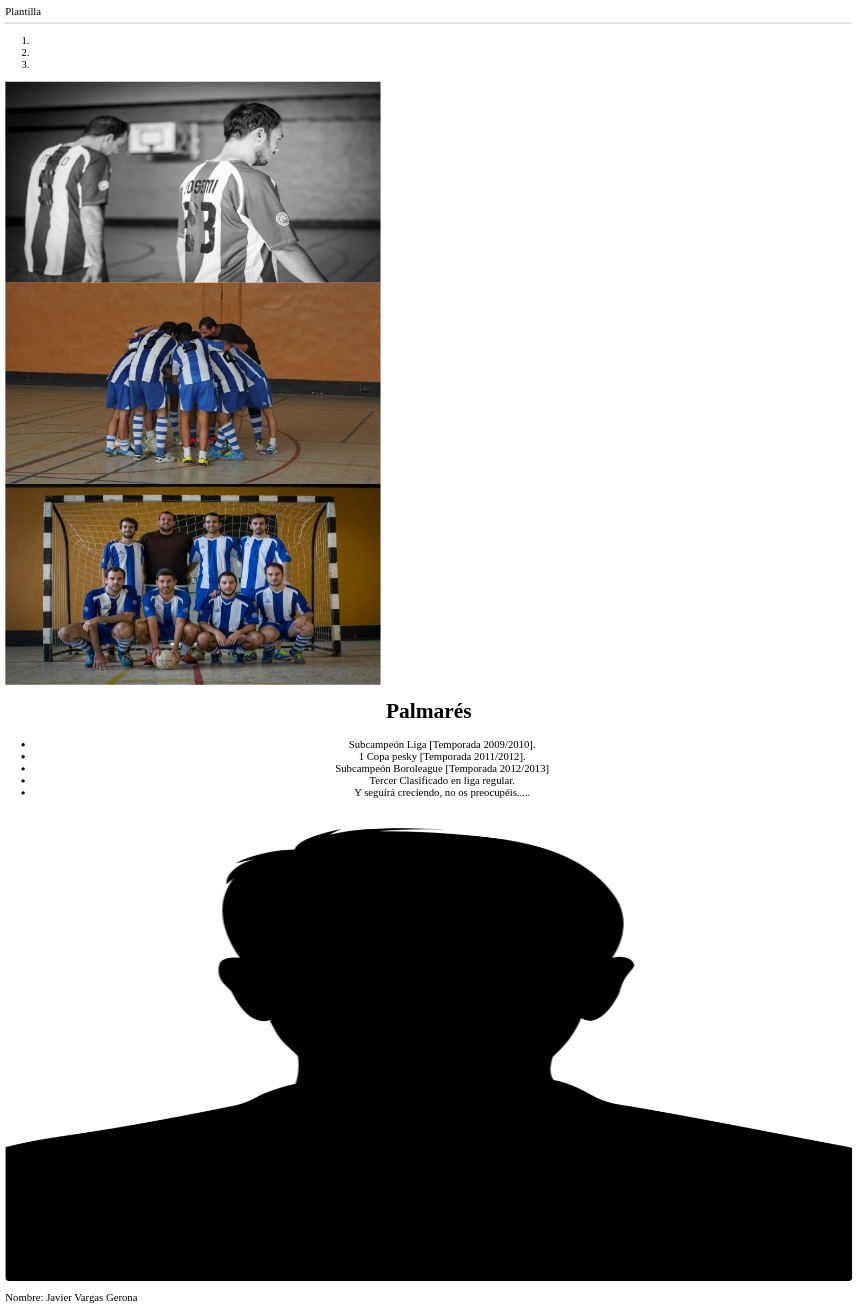
Repository: DiegoGodoy/atletiblue
Page: app/views/plantilla.html
The author's editor kept a record of every edit. The page is drawn from the files as they stood at one moment, then again after the next edit.
The browser window is 1280 px wide. The pictures show the whole page, at 67% of full size.

Above is the page before.

### app/views/plantilla.html


<div ng-controller="PlantillaCtrl" class="container" >
        <div class="row">

            <div class="col-md-12">
                <div class="panel">
                    <div class="panel-body">
                        <span class="titulosPortada">Plantilla</span>
                        <hr class="separadorTitulos">
                         <div id="miCarrusel" class="col-lg-7 col-md-7 col-sm-12 col-xs-12 carousel slide " data-ride="carousel">
                          <!-- indicadores para hacer el ciclo -->
                          <ol class="carousel-indicators">
                            <li data-target="#miCarrusel" data-slide-to="0" class="active"></li>
                            <li data-target="#miCarrusel" data-slide-to="1"></li>
                            <li data-target="#miCarrusel" data-slide-to="2"></li>
                          </ol>

                          <!-- Imágenes del slide -->
                          <div class="carousel-inner" role="listbox">
                            <div class="item active">
                              <img src="images/plantilla.jpg">
                            </div>
                            <div class="item">
                              <img src="images/plantilla2.jpg" >
                            </div>
                            <div class="item">
                              <img src="images/plantilla3.jpg">
                            </div>
                          </div>

                          <!-- botón retrasar y avanzar -->
                         <div class="left carousel-control" href="#miCarrusel"
                           role="button" data-slide="prev">
                            <span class="glyphicon glyphicon-chevron-left" ></span>
                          </div>
                          <div class="right carousel-control" href="#miCarrusel"
                           role="button" data-slide="next">
                            <span class="glyphicon glyphicon-chevron-right"></span>
                          </div>
                        </div>
                        <div class="col-lg-5 col-md-5 col-sm-12 col-xs-12 palmares" style="text-align:center;">
                            <h1>Palmarés</h1>

                            <ul>
                                <li>Subcampeón Liga [Temporada 2009/2010].</li>
                                <li>1 Copa pesky [Temporada 2011/2012].</li>
                                <li>Subcampeón Boroleague [Temporada 2012/2013]</li>
                                <li>Tercer Clasificado en liga regular.</li>
                                <li>Y seguirá creciendo, no os preocupéis.....</li>
                            </ul>
                        </div>
                </div>
            </div>
        </div>


        <div class="row">
                            <!-- Jugador -->
                            <div  ng-repeat="jugador in jugadores">
                                <div class="col-lg-3 col-md-6">
                                    <div class="panel">
                                        <div class="panel-heading">
                                            <div class="row">
                                                    <img alt="" src="images/jugadores/Sinnombre.png" style="width:100%;height:100%; border-radius: 6px;">
                                            </div>
                                        </div>
                                        <div class="panel-footer">
                                            <p class="pull-left">Nombre: Javier Vargas Gerona</p>
                                        </div>
                                    </div>
                                </div>
                            </div>
                            <!--<div class="col-lg-3 col-md-6">
                                <div class="panel">
                                    <div class="panel-heading">
                                        <div class="row">
                                                <img alt="" src="images/jugadores/jaime.jpg" style="width:100%;height:100%; border-radius: 6px;">
                                        </div>
                                    </div>
                                    <a href="#">
                                        <div class="panel-footer">
                                            <span class="pull-left">Nombre: Jaime Sánchez Garcia-Rowe</span><br>
                                        </div>
                                    </a>
                                </div>
                            </div>

                            <div class="col-lg-3 col-md-6">
                                <div class="panel">
                                    <div class="panel-heading">
                                        <div class="row">
                                                <img alt="" src="images/jugadores/josemi.jpg" style="width:100%;height:100%; border-radius: 6px;">
                                        </div>
                                    </div>
                                    <a href="#">
                                        <div class="panel-footer">
                                            <span class="pull-left">Nombre: Jose Miguel Domínguez</span><br>
                                        </div>
                                    </a>
                                </div>
                            </div>

                            <div class="col-lg-3 col-md-6">
                                <div class="panel">
                                    <div class="panel-heading">
                                        <div class="row">
                                                <img alt="" src="images/jugadores/corrales.jpg" style="width:100%;height:100%; border-radius: 6px;">
                                        </div>
                                    </div>
                                    <a href="#">
                                        <div class="panel-footer">
                                            <span class="pull-left">Nombre: Miguel Corrales Pecino</span><br>
                                            <div class="clearfix"></div>
                                        </div>
                                    </a>
                                </div>
                            </div>

                             <div class="col-lg-3 col-md-6">
                                <div class="panel panel-primary">
                                    <div class="panel-heading">
                                        <div class="row">
                                                <img alt="" src="images/jugadores/fran.jpg" style="width:100%;height:100%; border-radius: 6px;">
                                        </div>
                                    </div>
                                    <a href="#">
                                        <div class="panel-footer">
                                            <span class="pull-left">Nombre: Francisco Jimenez Elena</span><br>
                                        </div>
                                    </a>
                                </div>
                            </div>

                             <div class="col-lg-3 col-md-6">
                                <div class="panel panel-primary">
                                    <div class="panel-heading">
                                        <div class="row">
                                                <img alt="" src="images/jugadores/gonzaloati.jpg" style="width:100%;height:100%; border-radius: 6px;">
                                        </div>
                                    </div>
                                    <a href="#">
                                        <div class="panel-footer">
                                            <span class="pull-left">Nombre: Gonzalo Atienza</span><br>
                                        </div>
                                    </a>
                                </div>
                            </div>

                             <div class="col-lg-3 col-md-6">
                                <div class="panel panel-primary">
                                    <div class="panel-heading">
                                        <div class="row">
                                                <img alt="" src="images/jugadores/ignacioestrade.jpg" style="width:100%;height:100%; border-radius: 6px;">
                                        </div>
                                    </div>
                                    <a href="#">
                                        <div class="panel-footer">
                                            <span class="pull-left">Nombre: Ignacio Estrade Mateos</span><br>
                                        </div>
                                    </a>
                                </div>
                            </div>

                             <div class="col-lg-3 col-md-6">
                                <div class="panel panel-primary">
                                    <div class="panel-heading">
                                        <div class="row">
                                                <img alt="" src="images/jugadores/jesustole.jpg" style="width:100%;height:100%; border-radius: 6px;">
                                        </div>
                                    </div>
                                    <a href="#">
                                        <div class="panel-footer">
                                            <span class="pull-left">Nombre: Jesús Toledano</span><br>
                                        </div>
                                    </a>
                                </div>
                            </div>

                            <div class="col-lg-3 col-md-6">
                                <div class="panel panel-primary">
                                    <div class="panel-heading">
                                        <div class="row">
                                                <img alt="" src="images/jugadores/juanma.jpg" style="width:100%;height:100%; border-radius: 6px;">
                                        </div>
                                    </div>
                                    <a href="#">
                                        <div class="panel-footer">
                                            <span class="pull-left">Nombre: Juan Manuel Garcia</span><br>
                                        </div>
                                    </a>
                                </div>
                            </div>

                            <div class="col-lg-3 col-md-6">
                                <div class="panel panel-primary">
                                    <div class="panel-heading">
                                        <div class="row">
                                                <img alt="" src="images/jugadores/Sinnombre.png" style="width:100%;height:100%; border-radius: 6px;">
                                        </div>
                                    </div>
                                    <a href="#">
                                        <div class="panel-footer">
                                            <span class="pull-left">Nombre: Luis Rodríguez Cobos</span><br>
                                        </div>
                                    </a>
                                </div>
                            </div>

                            <div class="col-lg-3 col-md-6">
                                <div class="panel panel-primary">
                                    <div class="panel-heading">
                                        <div class="row">
                                                <img alt="" src="images/jugadores/Sinnombre.png" style="width:100%;height:100%; border-radius: 6px;">
                                        </div>
                                    </div>
                                    <a href="#">
                                        <div class="panel-footer">
                                            <span class="pull-left">Nombre:Jesús Reina</span><br>
                                        </div>
                                    </a>
                                </div>
                            </div>

                            <div class="col-lg-3 col-md-6">
                                <div class="panel panel-primary">
                                    <div class="panel-heading">
                                        <div class="row">
                                                <img alt="" src="images/jugadores/Sinnombre.png" style="width:100%;height:100%; border-radius: 6px;">
                                        </div>
                                    </div>
                                    <a href="#">
                                        <div class="panel-footer">
                                            <span class="pull-left">Nombre: Gonzalo Calbo Caballos</span><br>
                                        </div>
                                    </a>
                                </div>
                            </div>

                            <div class="col-lg-3 col-md-6">
                                <div class="panel panel-primary">
                                    <div class="panel-heading">
                                        <div class="row">
                                                <img alt="" src="images/jugadores/miguegon.jpg" style="width:100%;height:100%; border-radius: 6px;">
                                        </div>
                                    </div>
                                    <a href="#">
                                        <div class="panel-footer">
                                            <span class="pull-left">Nombre: Miguel Ángel González</span><br>
                                        </div>
                                    </a>
                                </div>
                            </div>

                            <div class="col-lg-3 col-md-6">
                                <div class="panel panel-primary">
                                    <div class="panel-heading">
                                        <div class="row">
                                                <img alt="" src="images/jugadores/Sinnombre.png" style="width:100%;height:100%; border-radius: 6px;">
                                        </div>
                                    </div>
                                    <a href="#">
                                        <div class="panel-footer">
                                            <span class="pull-left">Nombre: Sergio Macías Álvarez</span><br>
                                        </div>
                                    </a>
                                </div>
                            </div>-->

                        </div>




    </div>

After the next edit:
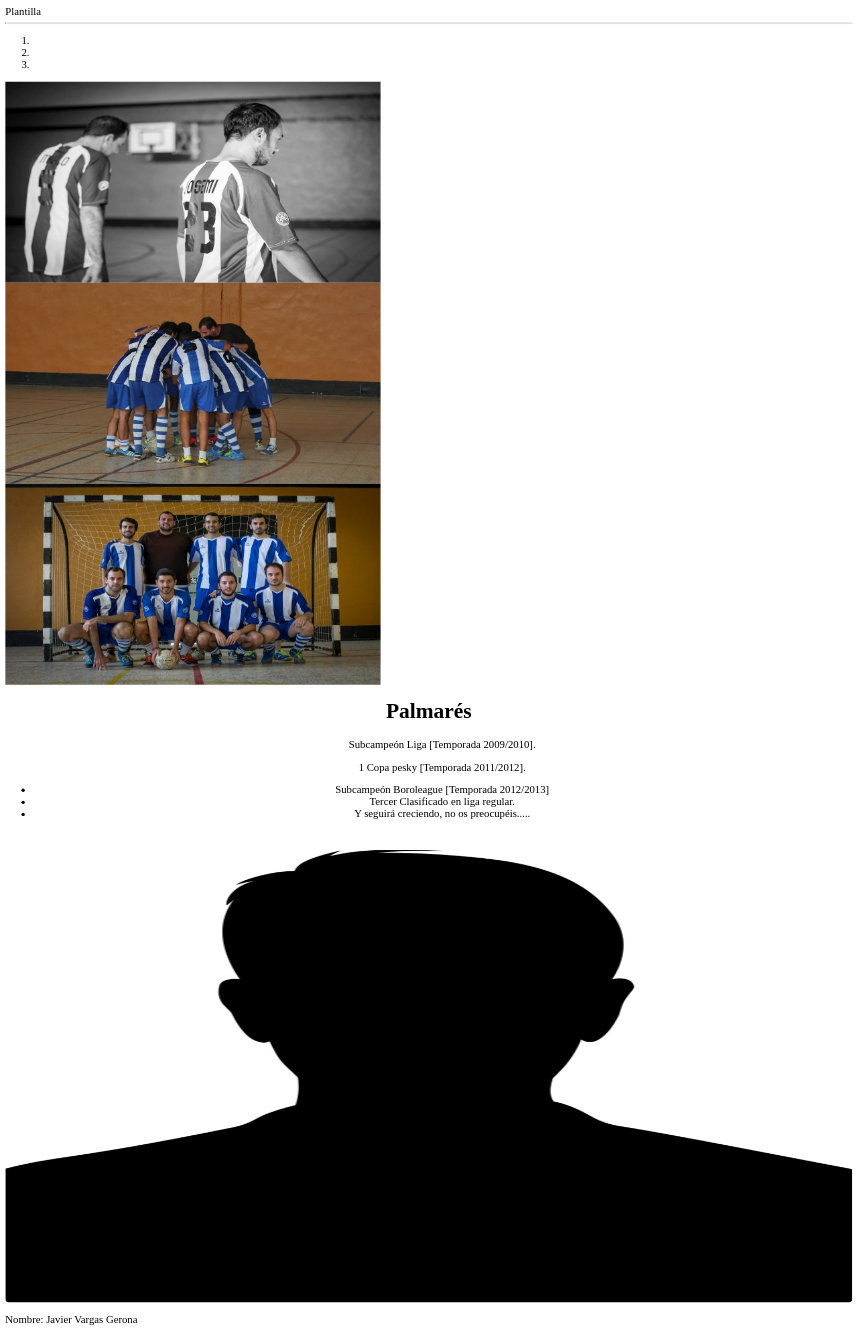
The edit:
--- a/app/views/plantilla.html
+++ b/app/views/plantilla.html
@@ -43,8 +43,8 @@
                             <h1>Palmarés</h1>
 
                             <ul>
-                                <li>Subcampeón Liga [Temporada 2009/2010].</li>
-                                <li>1 Copa pesky [Temporada 2011/2012].</li>
+                                <p>Subcampeón Liga [Temporada 2009/2010].</p>
+                                <p>1 Copa pesky [Temporada 2011/2012].</li>
                                 <li>Subcampeón Boroleague [Temporada 2012/2013]</li>
                                 <li>Tercer Clasificado en liga regular.</li>
                                 <li>Y seguirá creciendo, no os preocupéis.....</li>
